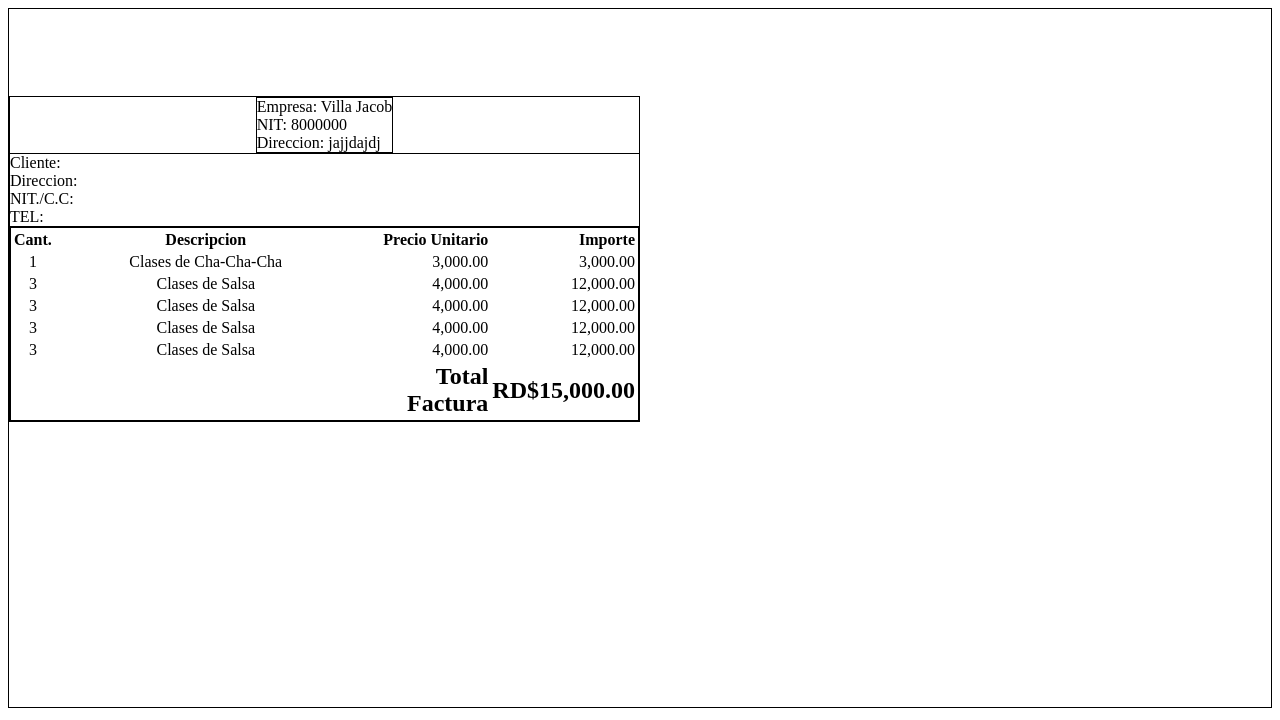
Repository: MrVanQish/FacturaEstructura
Page: index.html
The author's editor kept a copy of each file at every save. The page is drawn from the files as they stood at one save, then again after a run of saves.
The browser window is 1280 px wide. The pictures show the whole page.

Above is the page before, as saved 2021-09-29 11:04:44.

### index.html
<!DOCTYPE html>
<html lang="en">
<head>
    <meta charset="UTF-8">
    <meta http-equiv="X-UA-Compatible" content="IE=edge">
    <meta name="viewport" content="width=device-width, initial-scale=1.0">
    <title>Document</title>
    <link rel="stylesheet" href="styles.css">
</head>
<body>

    <div class="wrapper">

        <div class="factura1">
                <div class="infoEmpresa-f">
                    Empresa: Villa Jacob
                    <br>
                    NIT: 8000000
                    <br>
                    Direccion: jajjdajdj
                </div>

                <div class="infoCliente-f">
                    <table>
                          <tbody>
                            <tr>
                                Cliente:
                            </tr>
                            <br>
                            <tr>
                                Direccion:
                            </tr>
                            <br>
                            <tr>
                                NIT./C.C:
                            </tr>

                            <br>
                            <tr>
                                TEL:
                            </tr>


                          </tbody>
                    </table>
                </div>


                    <div class="items-f row my-5">
                        <table class="table table-borderless factura">
                          <thead>
                            <tr>
                              <th>Cant.</th>
                              <th>Descripcion</th>
                              <th>Precio Unitario</th>
                              <th>Importe</th>
                            </tr>
                          </thead>
                          <tbody>
                            <tr>
                              <td>1</td>
                              <td>Clases de Cha-Cha-Cha</td>
                              <td>3,000.00</td>
                              <td>3,000.00</td>
                            </tr>
                            <tr>
                              <td>3</td>
                              <td>Clases de Salsa</td>
                              <td>4,000.00</td>
                              <td>12,000.00</td>
                            </tr>
                            <tr>
                              <td>3</td>
                              <td>Clases de Salsa</td>
                              <td>4,000.00</td>
                              <td>12,000.00</td>
                            </tr>
                            <tr>
                              <td>3</td>
                              <td>Clases de Salsa</td>
                              <td>4,000.00</td>
                              <td>12,000.00</td>
                            </tr>
                            <tr>
                                <td>3</td>
                                <td>Clases de Salsa</td>
                                <td>4,000.00</td>
                                <td>12,000.00</td>
                              </tr>

                          </tbody>
                          <tfoot>
                            <tr>
                              <th></th>
                              <th></th>
                              <th>Total Factura</th>
                              <th>RD$15,000.00</th>
                            </tr>
                          </tfoot>
                        </table>
                        <div class="cond row"></div>
                      </div>

        </div>

    </div>









    </div>

</body>
</html>

### styles.css
@page {
    size: A4 landscape;
}

.factura {
  table-layout: fixed;
}

.factura > thead {
  border-top: solid 3px #000;
  border-bottom: 3px solid #000;
}

.factura > thead > tr > th:nth-child(2), .factura > tbod > tr > td:nth-child(2) {
  width: 300px;
}

.factura > thead > tr > th:nth-child(n+3) {
  text-align: right;
}

.factura > tbody > tr > td:nth-child(n+3) {
  text-align: right;
}

.factura > tfoot > tr > th, .factura > tfoot > tr > th:nth-child(n+3) {
  font-size: 24px;
  text-align: right;
}


.wrapper {
    height: 97vh;
    border: 1px solid #000;
    display: grid;
    grid-template-columns: 1fr 1fr;
    grid-template-rows: 500px;
    grid-template-areas:
      "f1 f2";
  }

  .factura1 {

    display: grid;
    grid-area: f1;
    align-self: center;
    justify-self: center;
    border: 1px solid #000;
    grid-template-columns: 1fr;
    grid-template-rows: auto auto auto;
    grid-template-areas:
      "infoEmpresa-f"
      "infoCliente-f"
      "items-f"
  }


.infoEmpresa-f{

    grid-area: infoEmpresa-f;
    border: 1px solid #000;
    align-self: center;
    justify-self: center;

}

.infoCliente-f{
    grid-area: infoCliente-f;
    border: 1px solid #000;
    align-self: center;
    justify-self: center;
    width: 100%;
    padding: ;
}

.items-f{
    grid-area: items-f;
    border: 1px solid #000;
    align-self: center;
    justify-self: center;
    text-align: center;
}

After the next 2 saves:
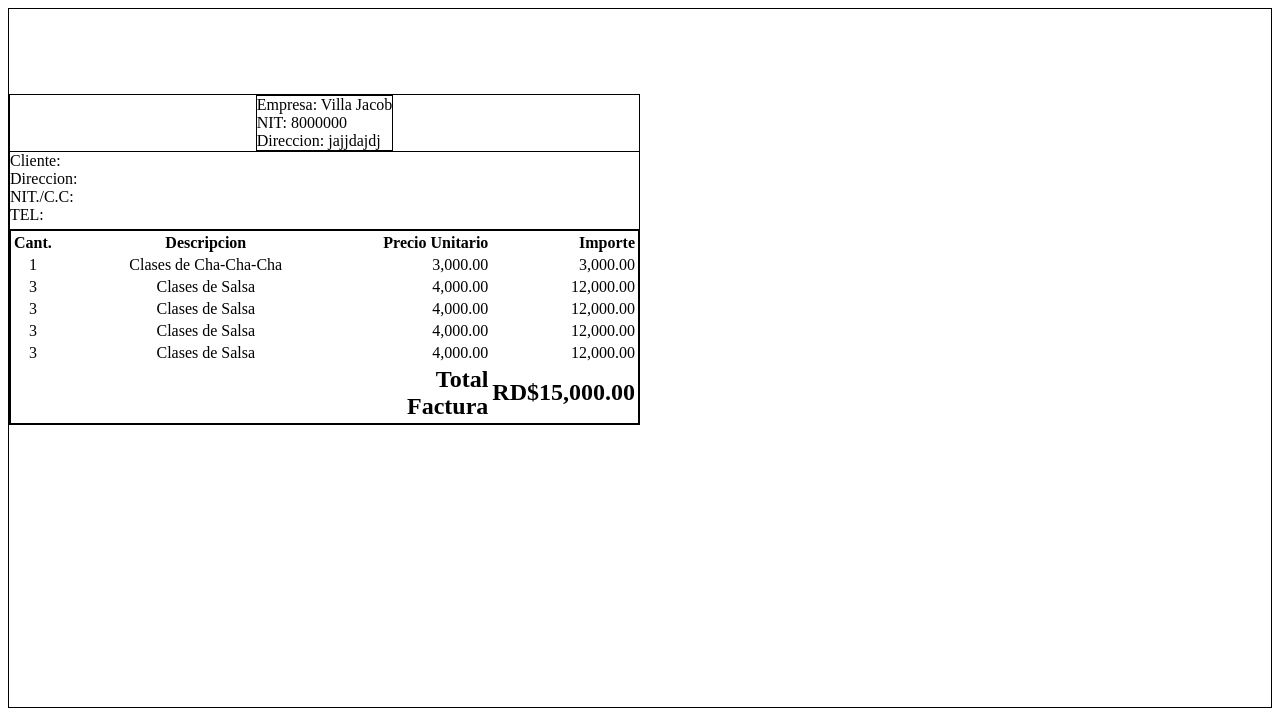
The 2 saves are shown as one change because they came seconds apart.
The last was saved 6 s later.
--- a/styles.css
+++ b/styles.css
@@ -70,7 +70,7 @@
     align-self: center;
     justify-self: center;
     width: 100%;
-    padding: ;
+    padding-bottom: 5px ;
 }
 
 .items-f{

After the save that followed:
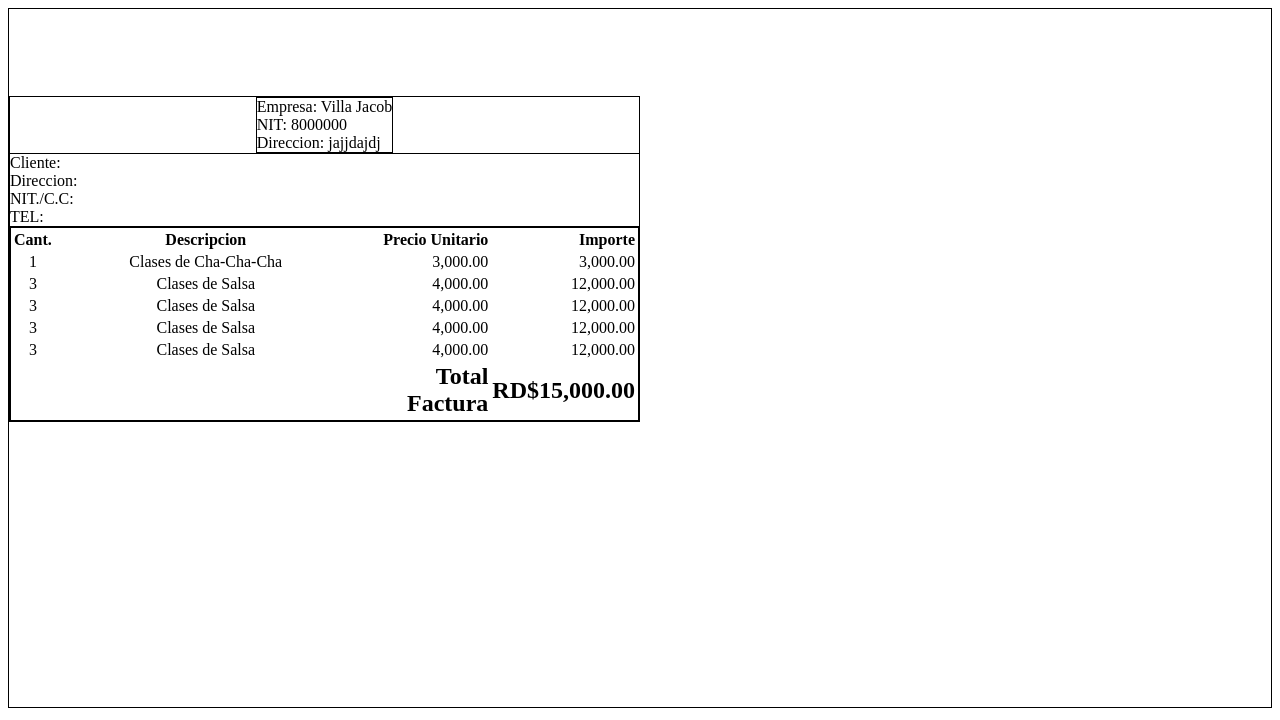
Saved 4 s later.
--- a/styles.css
+++ b/styles.css
@@ -70,7 +70,7 @@
     align-self: center;
     justify-self: center;
     width: 100%;
-    padding-bottom: 5px ;
+    padding-bottom: ;
 }
 
 .items-f{
